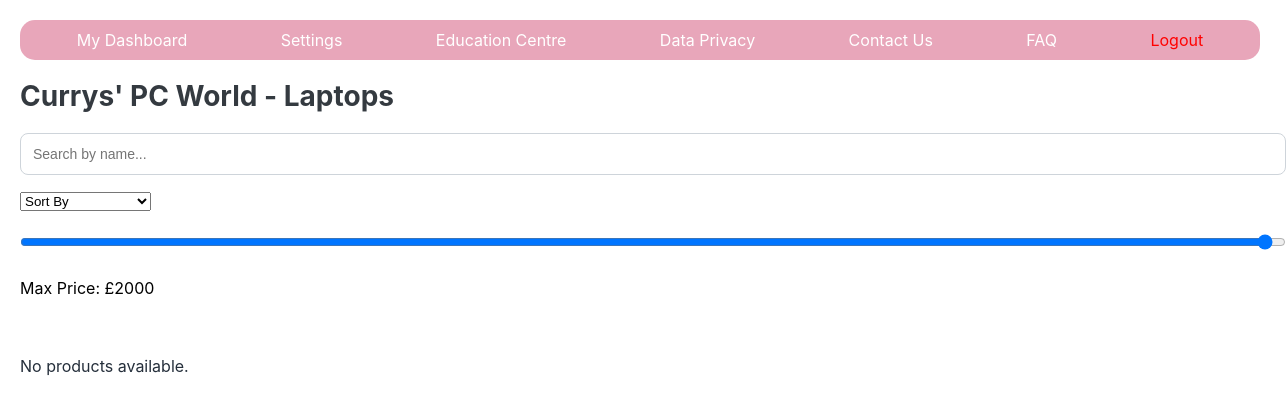
Repository: aab232/https---github.com-aab232-Deferred-Payment-Platform
Page: /main (app in frontend/)
The author's editor kept a copy of each file at every save. The page is drawn from the files as they stood at one save, then again after the next save.
The browser window is 1280 px wide. The page is 1286 px wide, so the pictures cover 1286 px, including what lies to the right of the window. The pictures show the whole page.
The page's requests for data from a server got no answer. The project was rebuilt for these pictures with package versions that can differ from the ones it lists, and the page was loaded fresh each time. No one was signed in, and anything a server would have sent is missing. Also part of the build but not shown: frontend/src/components/Home.js, frontend/src/components/Register.js, frontend/src/components/Login.js, frontend/src/components/BackButton.css, frontend/src/components/BackButton.js, frontend/src/components/Settings.js, frontend/src/components/Privacy.js.

Above is the page before, as saved 2025-04-01 12:26:40.

After the next save:
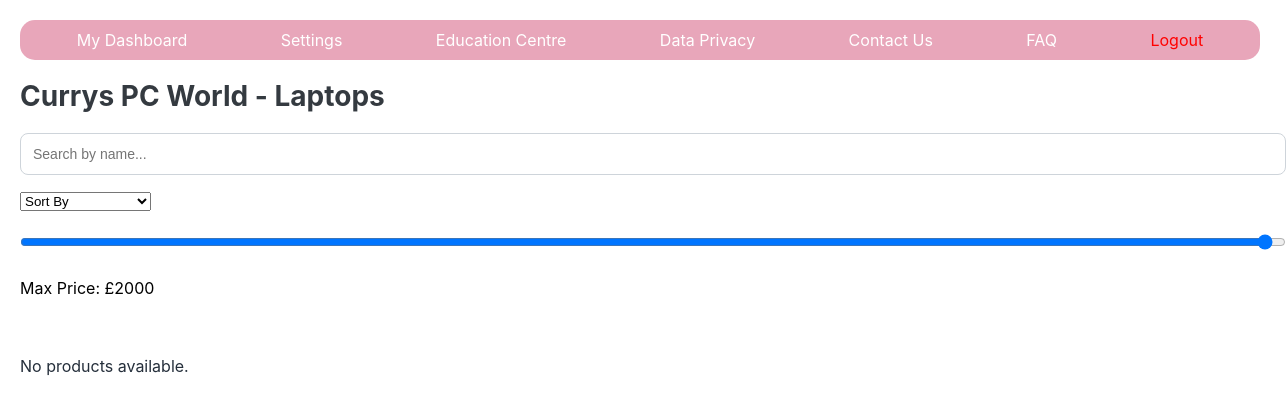
Saved 5 days later.
--- a/frontend/src/components/Main.js
+++ b/frontend/src/components/Main.js
@@ -57,7 +57,7 @@ const Main = () => {
         <span className="tab logout" onClick={() => navigate('/login')}>Logout</span>
       </nav>
 
-      <h1>Currys' PC World - Laptops</h1>
+      <h1>Currys PC World - Laptops</h1>
 
       <div className="filters">
         <input type="text" placeholder="Search by name..." value={searchTerm} onChange={(e) => setSearchTerm(e.target.value)} />
@@ -93,7 +93,7 @@ const Main = () => {
             <img src={selectedProduct.img} alt={selectedProduct.name} />
             <h2>{selectedProduct.name}</h2>
             <p>{selectedProduct.price}</p>
-            <p><a href={selectedProduct.link} target="_blank" rel="noopener noreferrer">View on Argos</a></p>
+            <p><a href={selectedProduct.link} target="_blank" rel="noopener noreferrer">View on Currys</a></p>
             <button className="buy-now">Buy Now</button>
             <button className="add-to-cart">Add to Cart</button>
           </div>
